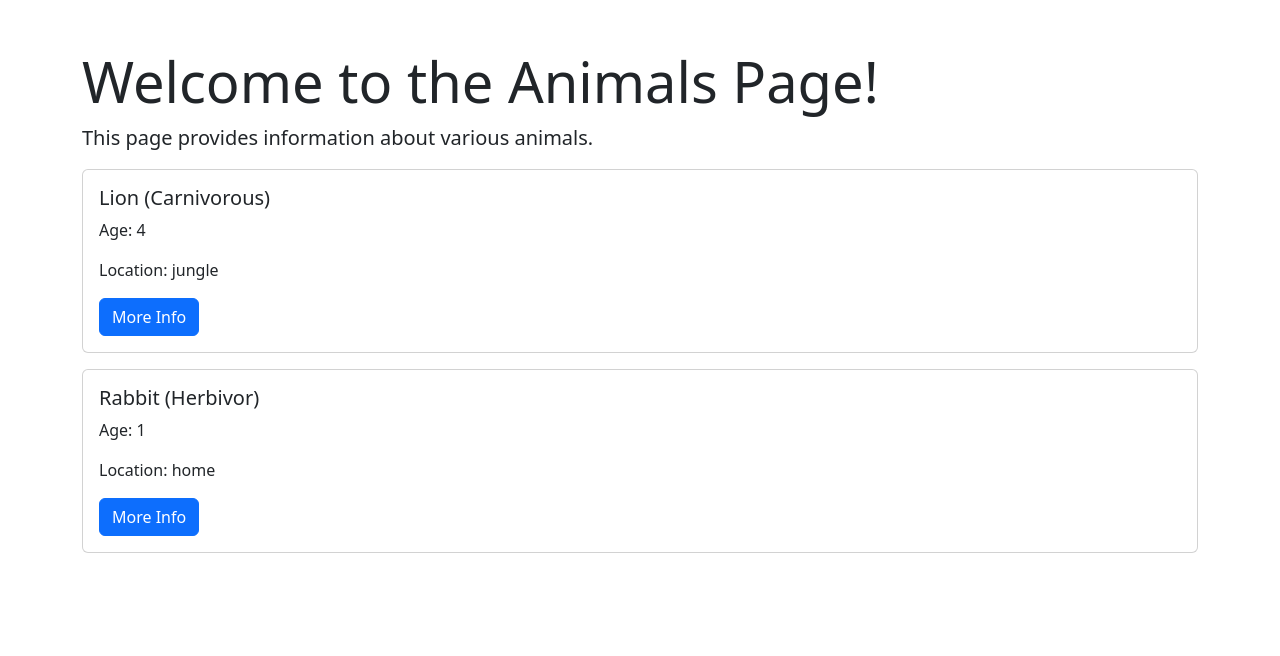
Repository: Mbote-Joseph/Django-Recap
Page: http://localhost/animals
An editor plug-in stored every save of this project. The page is shown before and after the next save, followed by the edit.
The browser window is 1280 px wide. The pictures show the whole page.
The page is served by the project's application, run on Django 5.2 (manage.py). The page reads the database file committed with the project.

Above is the page before, as saved 2025-12-14 16:59:02.

After the next save:
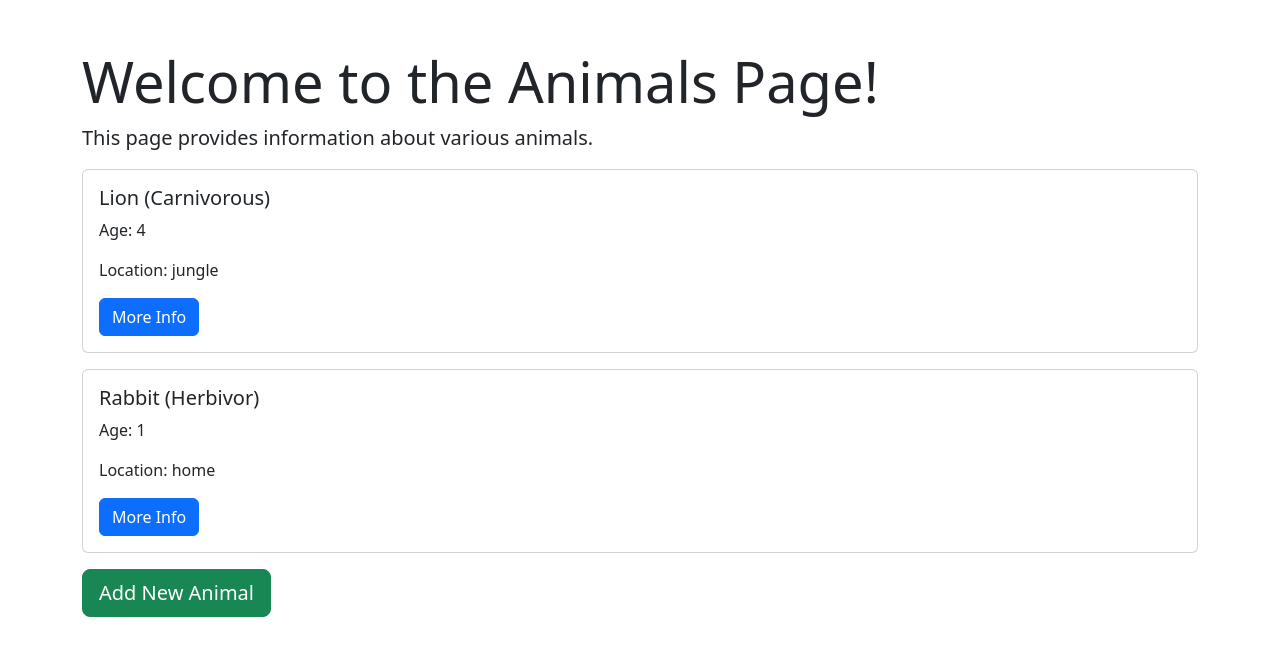
Saved 12 s later.
--- a/Test/testproject/animals/templates/animals/animals.html
+++ b/Test/testproject/animals/templates/animals/animals.html
@@ -20,6 +20,8 @@
                     </div>
                 </div>
             {% endfor %}
+
+            <a class="btn btn-success btn-lg" href="/animals/add" role="button">Add New Animal</a>
         </div>
     </div>
 {% endblock %}
